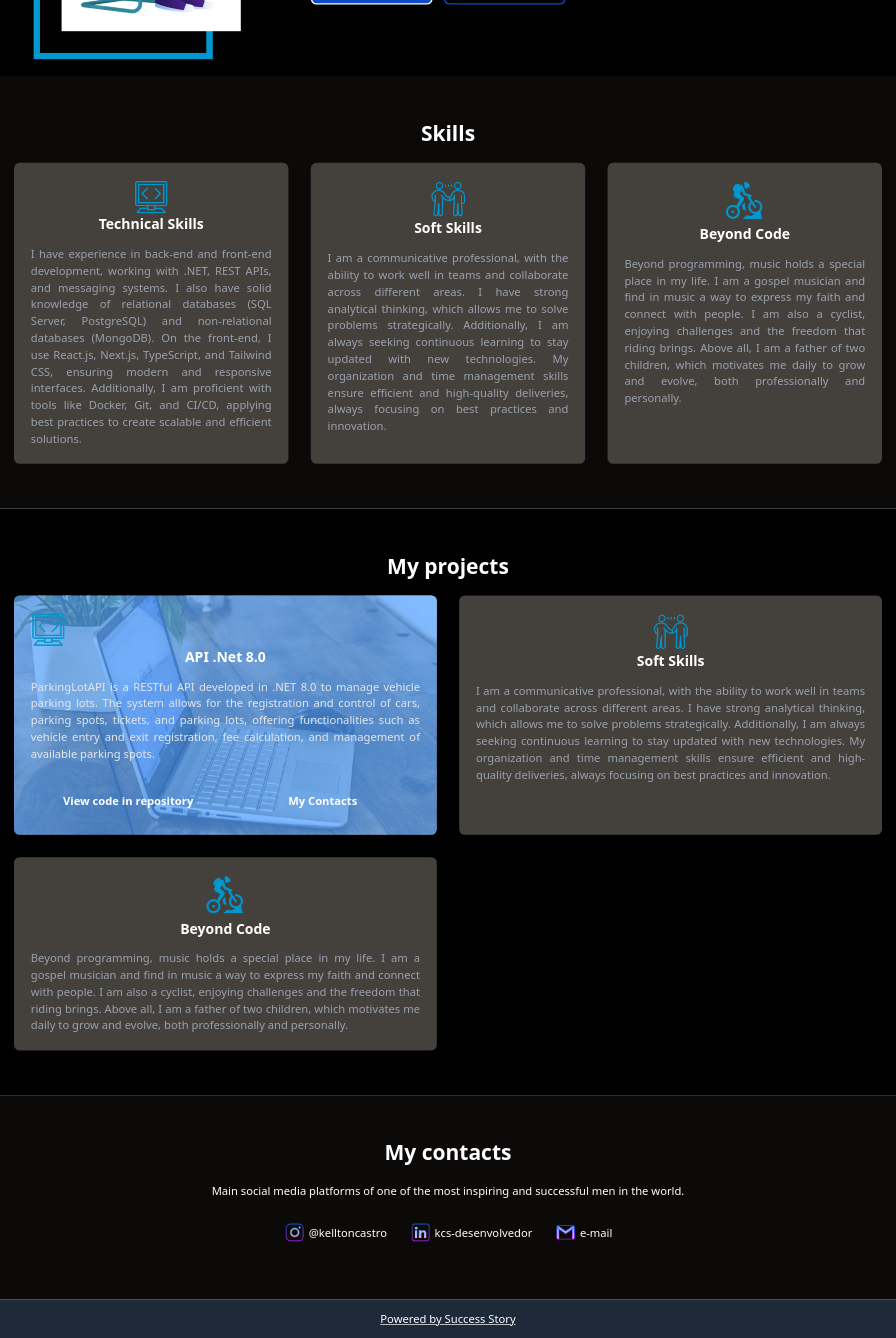
Repository: kcsdesenvolvedor/portfolio
Page: src/index.html
These files come from the project's save history. The page is drawn as it stood at one moment and after the next save; the edit follows.
The browser window is 1280 px wide. The pictures show the part of the page from y = 862 to 2782 px (the page is 2774 px tall before and 2782 px after), at 70% of full size.

Above is the page before, as saved 2025-03-04 17:32:27.
Console error: TypeError: Cannot read properties of null (reading 'textContent')

### src/index.html
<!DOCTYPE html>
<html lang="en">
<head>
    <meta charset="UTF-8">
    <meta name="viewport" content="width=device-width, initial-scale=1.0">
    <link rel="icon" href="./img/favicon.png" type="image/x-icon">
    <link href="./output.css" rel="stylesheet">
    <title>Mansour-Page</title>
    <style>
        .typing-container {
        font-family: 'Courier New', monospace;
        font-size: 24px;
        color: #333;
        white-space: nowrap;
        overflow: hidden;
        border-right: 2px solid black;
        display: inline-block;
        animation: blink-caret 0.7s step-end infinite;
        }

        #typing-text {
            height: 40px;
        }

        @keyframes blink-caret {
        from, to {
            border-color: transparent;
        }
        50% {
            border-color: black;
        }
        }


        @keyframes fadeIn {
            from {
                opacity: 0;
                transform: translateY(20px);
            }
            to {
                opacity: 1;
                transform: translateY(0);
            }
        }

        .fade-in {
            animation: fadeIn 1s ease-in-out;
        }
    </style>
</head>
<body class="bg-gray-100 font-sans">
    <header>
        <nav class="fixed top-0 z-50 w-full px-4 py-4 flex justify-between items-center bg-stone-950">
            <a class="text-3xl font-bold leading-none" href="#">
                <img class="w-16" src="./img/logo.png" alt="">
            </a>
            <div class="lg:hidden">
                <button class="navbar-burger flex items-center text-blue-600 p-3">
                    <svg class="block h-4 w-4 fill-current" viewBox="0 0 20 20" xmlns="http://www.w3.org/2000/svg">
                        <title>Mobile menu</title>
                        <path d="M0 3h20v2H0V3zm0 6h20v2H0V9zm0 6h20v2H0v-2z"></path>
                    </svg>
                </button>
            </div>
            <ul class="hidden absolute top-1/2 left-1/2 transform -translate-y-1/2 -translate-x-1/2 lg:mx-auto lg:flex lg:items-center lg:w-auto lg:space-x-20">
                <li><a class="text-sm text-blue-600/80 dark:text-sky-400/80 hover:text-white" href="#home">Home</a></li>
                <li><a class="text-sm text-blue-600/80 dark:text-sky-400/80 hover:text-white" href="#about">About Me</a></li>
                <li><a class="text-sm text-blue-600/80 dark:text-sky-400/80 hover:text-white" href="#achievements">Achievements</a></li>
                <li><a class="text-sm text-blue-600/80 dark:text-sky-400/80 hover:text-white" href="#contact">My Contacts</a></li>
            </ul>
        </nav>
        <div class="navbar-menu fixed top-0 z-50 w-full hidden">
            <div class="navbar-backdrop fixed inset-0 bg-gray-800 opacity-25"></div>
            <nav class="fixed top-0 left-0 bottom-0 flex flex-col w-5/6 max-w-sm py-6 px-6 bg-white border-r overflow-y-auto">
                <div class="flex items-center mb-8">
                    <a class="mr-auto text-3xl font-bold leading-none" href="#">
                        <img class="w-16" src="./img/logo.png" alt="">
                    </a>
                    <button class="navbar-close">
                        <svg class="h-6 w-6 text-gray-400 cursor-pointer hover:text-gray-500" xmlns="http://www.w3.org/2000/svg" fill="none" viewBox="0 0 24 24" stroke="currentColor">
                            <path stroke-linecap="round" stroke-linejoin="round" stroke-width="2" d="M6 18L18 6M6 6l12 12"></path>
                        </svg>
                    </button>
                </div>
                <div>
                    <ul>
                        <li class="mb-1">
                            <a class="navbar-itemMenu block p-4 text-sm font-semibold text-gray-400 hover:bg-blue-50 hover:text-blue-600 rounded" href="#home">Home</a>
                        </li>
                        <li class="mb-1">
                            <a class="navbar-itemMenu block p-4 text-sm font-semibold text-gray-400 hover:bg-blue-50 hover:text-blue-600 rounded" href="#about">About Me</a>
                        </li>
                        <li class="mb-1">
                            <a class="navbar-itemMenu block p-4 text-sm font-semibold text-gray-400 hover:bg-blue-50 hover:text-blue-600 rounded" href="#achievements">Achievements</a>
                        </li>
                        <li class="mb-1">
                            <a class="navbar-itemMenu block p-4 text-sm font-semibold text-gray-400 hover:bg-blue-50 hover:text-blue-600 rounded" href="#contact">My Contacts</a>
                        </li>
                        <li>
                            <div class="border-t-2">
                                <a class="navbar-itemMenu block p-4 text-sm font-semibold text-gray-400 hover:bg-blue-50 hover:text-blue-600 rounded" href="https://kcode2025.github.io/sucess-history" target="_blank">Success Story</a>
                            </div>
                        </li>
                    </ul>
                </div>
                <div class="mt-auto">

                    <a href="https://kcode2025.github.io/sucess-history" target="_blank">
                        <p class="my-4 text-xs text-center text-gray-400">
                            Powered by Success Story
                        </p>
                    </a>
                </div>
            </nav>
        </div>
    </header>


    <!-- Home Section -->
    <section id="home" class="flex flex-col-reverse lg:flex-row lg:justify-around justify-between bg-stone-950 text-white text-center pt-20 lg:pb-0 pb-5 px-10 fade-in">
        <!-- Div do texto -->
        <div class="self-center w-full flex items-center justify-center">
            <div class="flex flex-col lg:w-2/4"> <!-- Ajuste essa div para ocupar 100% da largura -->
                <p class="text-md text-left">
                    Hello!
                </p>
                <p class="text-3xl text-blue-600/80 dark:text-sky-400/80 text-left font-semibold">
                    I´m Kellton Castro
                </p>
                <p class="text-lg text-gray-400 text-left font-semibold mb-2">
                    Freelance developer & Web Designer
                </p>
                <p class="text-xs text-gray-400 text-left font-semibold mb-8">
                    Welcome to my portfolio! Here you will find some of the projects I have developed throughout my journey as a developer and freelancer.
                </p>
                <a href="#contact" class="bg-blue-600/80 dark:bg-sky-400/80 text-white font-bold w-2/4 py-3 px-6 border-2 rounded-lg shadow-lg hover:bg-black hover:text-blue-600/80 hover:dark:text-sky-400/80 hover:border-blue-600/80 hover:dark:border-sky-400/80 hover:border-2 transition delay-150 duration-300 ease-in-out">
                    My Contacts
                </a>
            </div>
        </div>

        <!-- Div da imagem -->
        <div class="flex justify-center lg:justify-end lg:w-2/4">
            <img class="min-w-2/4 object-contain" src="./img/perfil-portfolio2.png">
        </div>
    </section>

    <!-- Sobre -->
    <section id="about" class="flex flex-col lg:flex-row items-center justify-center space-y-10 lg:space-y-0 lg:space-x-20 py-16 bg-black border-r-gray-900 fade-in">
        <div class="relative flex justify-center">
            <!-- Moldura (posição de fundo) -->
            <img src="./img/moldura.png" class="w-3xs h-3xs absolute -left-5 top-5 lg:-left-10 lg:top-10" alt="moldura do perfil">

            <!-- Imagem de perfil (fica por cima) -->
            <img src="./img/perfil-portfolio1.png" class="w-3xs h-3xs relative z-10" alt="meu perfil">
        </div>
        <div class="px-5 w-full lg:w-3xl text-center lg:text-left">
            <h3 class="text-3xl text-white font-bold mb-2">About me</h3>
            <div class="w-20 h-0.5 bg-blue-600/80 dark:bg-sky-400/80 mb-3 mx-auto lg:mx-0"></div>
            <p class="text-gray-400 text-left w-full mb-8">
                I am a developer with 4 years of experience, working both in the corporate market and as a freelancer. Graduated in Systems Analysis and Development, I have experience in back-end and front-end development, contributing to the creation of efficient and scalable solutions. My approach involves continuous learning, always striving to keep up with new technologies and industry trends. I have a strong commitment to code quality, usability, and performance, ensuring that each delivered project adds value and innovation.
            </p>
            <div class="flex flex-col lg:flex-row w-full lg:w-2/4 gap-4">
                <a href="#contact" class="bg-blue-600/80 dark:bg-sky-400/80 text-center text-white font-bold w-full lg:w-2/4 py-3 px-6 border-2 rounded-lg shadow-lg hover:bg-black hover:text-blue-600/80 hover:dark:text-sky-400/80 hover:border-blue-600/80 hover:dark:border-sky-400/80 hover:border-2 transition delay-150 duration-300 ease-in-out">
                    My Contacts
                </a>
                <a href="#contact" class="bg-black text-center border-blue-600/80 dark:border-sky-400/80 text-blue-600/80 dark:text-sky-400/80 font-bold w-full lg:w-2/4 py-3 px-6 border-2 rounded-lg shadow-lg hover:text-white hover:border-white hover:border-2 transition delay-150 duration-300 ease-in-out">
                    Download CV
                </a>
            </div>
        </div>
    </section>



    <!-- Skills -->
    <section id="achievements" class="py-16 bg-stone-950 fade-in">
        <div class="container mx-auto text-center">
            <h3 class="text-3xl text-white font-bold mb-6">Skills</h3>
            <div class="px-5 grid grid-cols-1 md:grid-cols-3 gap-8">
                <div class="flex flex-col items-center bg-stone-700 p-6 rounded-lg shadow-lg transition delay-150 duration-300 transform hover:scale-105 hover:shadow-xl">
                    <img src="./img/hard-skills.png" alt="image hard skills">
                    <h4 class="text-xl text-white font-bold mb-4">Technical Skills</h4>
                    <p class="text-gray-400 text-justify">I have experience in back-end and front-end development, working with .NET, REST APIs, and messaging systems. I also have solid knowledge of relational databases (SQL Server, PostgreSQL) and non-relational databases (MongoDB). On the front-end, I use React.js, Next.js, TypeScript, and Tailwind CSS, ensuring modern and responsive interfaces. Additionally, I am proficient with tools like Docker, Git, and CI/CD, applying best practices to create scalable and efficient solutions.</p>
                </div>
                <div class="flex flex-col items-center bg-stone-700 p-6 rounded-lg shadow-lg transition delay-150 duration-300 transform hover:scale-105 hover:shadow-xl">
                    <img src="./img/soft-skills.png" class="h-14" alt="image soft skills">
                    <h4 class="text-xl text-white font-bold mb-4">Soft Skills</h4>
                    <p class="text-gray-400 text-justify">I am a communicative professional, with the ability to work well in teams and collaborate across different areas. I have strong analytical thinking, which allows me to solve problems strategically. Additionally, I am always seeking continuous learning to stay updated with new technologies. My organization and time management skills ensure efficient and high-quality deliveries, always focusing on best practices and innovation.</p>
                </div>
                <div class="flex flex-col items-center bg-stone-700 p-6 rounded-lg shadow-lg transition delay-150 duration-300 transform hover:scale-105 hover:shadow-xl">
                    <img src="./img/beyond-code.png" alt="imagem de beyond code">
                    <h4 class="text-xl text-white font-bold mb-4">Beyond Code</h4>
                    <p class="text-gray-400 text-justify">Beyond programming, music holds a special place in my life. I am a gospel musician and find in music a way to express my faith and connect with people. I am also a cyclist, enjoying challenges and the freedom that riding brings. Above all, I am a father of two children, which motivates me daily to grow and evolve, both professionally and personally.</p>
                </div>
            </div>
        </div>
    </section>

    <!-- Projetos -->
    <section id="achievements" class="py-16 bg-black fade-in">
        <div class="container mx-auto text-center">
            <h3 class="text-3xl text-white font-bold mb-6">My projects</h3>
            <div class="px-5 grid grid-cols-1 md:grid-cols-2 gap-8">
                <div class="relative flex flex-col items-center bg-stone-700 p-6 rounded-lg shadow-lg
                bg-[url('./img/homeoffice.jpg')] bg-cover bg-center">
                    <div class="absolute inset-0 bg-blue-400/70 rounded-lg"></div>
                    <div class="relative z-10">
                        <img src="./img/hard-skills.png" alt="image hard skills">
                        <h4 class="text-xl text-white font-bold mb-4">API .Net 8.0</h4>
                        <p class="text-gray-200 text-justify">ParkingLotAPI is a RESTful API developed in .NET 8.0 to manage vehicle parking lots. The system allows for the registration and control of cars, parking spots, tickets, and parking lots, offering functionalities such as vehicle entry and exit registration, fee calculation, and management of available parking spots.</p>
                        <div class="flex justify-around mt-8">
                            <a href="#contact" class=" text-white font-semibold w-full lg:w-2/4 py-3 px-6 hover:text-blue-600/80 hover:dark:text-sky-400/80 transition delay-150 duration-300 ease-in-out">
                                View code in repository
                            </a>
                            <a href="#contact" class=" text-white font-semibold w-full lg:w-2/4 py-3 px-6 hover:text-blue-600/80 hover:dark:text-sky-400/80 transition delay-150 duration-300 ease-in-out">
                                My Contacts
                            </a>
                        </div>
                    </div>
                </div>
                <div class="flex flex-col items-center bg-stone-700 p-6 rounded-lg shadow-lg">
                    <img src="./img/soft-skills.png" class="h-14" alt="image soft skills">
                    <h4 class="text-xl text-white font-bold mb-4">Soft Skills</h4>
                    <p class="text-gray-400 text-justify">I am a communicative professional, with the ability to work well in teams and collaborate across different areas. I have strong analytical thinking, which allows me to solve problems strategically. Additionally, I am always seeking continuous learning to stay updated with new technologies. My organization and time management skills ensure efficient and high-quality deliveries, always focusing on best practices and innovation.</p>
                </div>
                <div class="flex flex-col items-center bg-stone-700 p-6 rounded-lg shadow-lg">
                    <img src="./img/beyond-code.png" alt="imagem de beyond code">
                    <h4 class="text-xl text-white font-bold mb-4">Beyond Code</h4>
                    <p class="text-gray-400 text-justify">Beyond programming, music holds a special place in my life. I am a gospel musician and find in music a way to express my faith and connect with people. I am also a cyclist, enjoying challenges and the freedom that riding brings. Above all, I am a father of two children, which motivates me daily to grow and evolve, both professionally and personally.</p>
                </div>
            </div>
        </div>
    </section>

    <!-- Contato -->
    <section id="contact" class="py-16 bg-stone-950 text-white text-center fade-in">
        <div class="container mx-auto px-2">
            <h3 class="text-3xl font-bold mb-6">My contacts</h3>
            <p class="mb-8">Main social media platforms of one of the most inspiring and successful men in the world.</p>
            <form class="max-w-lg mx-auto">
                <div class="flex flex-col justify-center lg:flex-row mb-4 gap-8">
                    <a href="https://www.cityfootballgroup.com/" target="_blank">
                        <div class="flex gap-1 items-center">
                            <img class="h-8 w-8" src="./img/instagram.png" alt="imagem do instagram">
                            <p class="text-1xl">@kelltoncastro</p>
                        </div>
                    </a>
                    <a href="https://x.com/HHmansour" target="_blank">
                        <div class="flex gap-1 items-center">
                            <img class="h-8 w-8" src="./img/linkedin.png" alt="imagem do linkedin">
                            <p class="text-1xl">kcs-desenvolvedor</p>
                        </div>
                    </a>
                    <a href="https://x.com/HHmansour" target="_blank">
                        <div class="flex gap-1 items-center">
                            <img class="h-8 w-8" src="./img/gmail.png" alt="imagem do gmail">
                            <p class="text-1xl">e-mail</p>
                        </div>
                    </a>
                </div>
            </form>
        </div>
    </section>

    <!-- Footer -->
    <footer class="bg-gray-800 text-white text-center py-4">
        <a class="cursor-pointer" href="https://kcode2025.github.io/sucess-history" target="_blank"><p class="underline">Powered by Success Story</p></a>
    </footer>

    <!-- Script -->
    <script>
        // Burger menus
        document.addEventListener('DOMContentLoaded', function() {
            // open
            const burger = document.querySelectorAll('.navbar-burger');
            const menu = document.querySelectorAll('.navbar-menu');

            if (burger.length && menu.length) {
                for (var i = 0; i < burger.length; i++) {
                    burger[i].addEventListener('click', function() {
                        for (var j = 0; j < menu.length; j++) {
                            menu[j].classList.toggle('hidden');
                        }
                    });
                }
            }

            // close
            const close = document.querySelectorAll('.navbar-close');
            const backdrop = document.querySelectorAll('.navbar-backdrop');
            const itemMenu = document.querySelectorAll('.navbar-itemMenu');

            if (close.length) {
                for (var i = 0; i < close.length; i++) {
                    close[i].addEventListener('click', function() {
                        for (var j = 0; j < menu.length; j++) {
                            menu[j].classList.toggle('hidden');
                        }
                    });
                }
            }

            if (backdrop.length) {
                for (var i = 0; i < backdrop.length; i++) {
                    backdrop[i].addEventListener('click', function() {
                        for (var j = 0; j < menu.length; j++) {
                            menu[j].classList.toggle('hidden');
                        }
                    });
                }
            }

            if (itemMenu.length) {
                for (var i = 0; i < itemMenu.length; i++) {
                    itemMenu[i].addEventListener('click', function() {
                        for (var j = 0; j < menu.length; j++) {
                            menu[j].classList.toggle('hidden');
                        }
                    });
                }
            }
        });

        // animação de digitação

        const texts = [
        "Visionary Leader",
        "Sports Enthusiast",
        "City Football Group Owner",
        "Innovative Investor",
        "Philanthropist",
        "Economic Pioneer",
        "Influential Figure",
        "Strategic Thinker",
        "Cultural Advocate",
        "Inspiring Icon"
        ];

        let currentTextIndex = 0;
        let charIndex = 0;
        const typingSpeed = 100; // Velocidade de digitação (ms por caractere)
        const erasingSpeed = 50; // Velocidade de apagar
        const delayBetweenTexts = 2000; // Tempo antes de trocar para o próximo texto

        const typingElement = document.getElementById("typing-text");

        function typeText() {
        if (charIndex < texts[currentTextIndex].length) {
            typingElement.textContent += texts[currentTextIndex].charAt(charIndex);
            charIndex++;
            setTimeout(typeText, typingSpeed);
        } else {
            setTimeout(eraseText, delayBetweenTexts);
        }
        }

        function eraseText() {
        if (charIndex > 0) {
            typingElement.textContent = texts[currentTextIndex].substring(0, charIndex - 1);
            charIndex--;
            setTimeout(eraseText, erasingSpeed);
        } else {
            currentTextIndex = (currentTextIndex + 1) % texts.length;
            setTimeout(typeText, typingSpeed);
        }
        }

        // Começar a animação
        document.addEventListener("DOMContentLoaded", () => {
        setTimeout(typeText, delayBetweenTexts);
        });

        </script>
</body>
</html>

Loaded but not shown: src/output.css (3548 lines, source omitted)

After the next save:
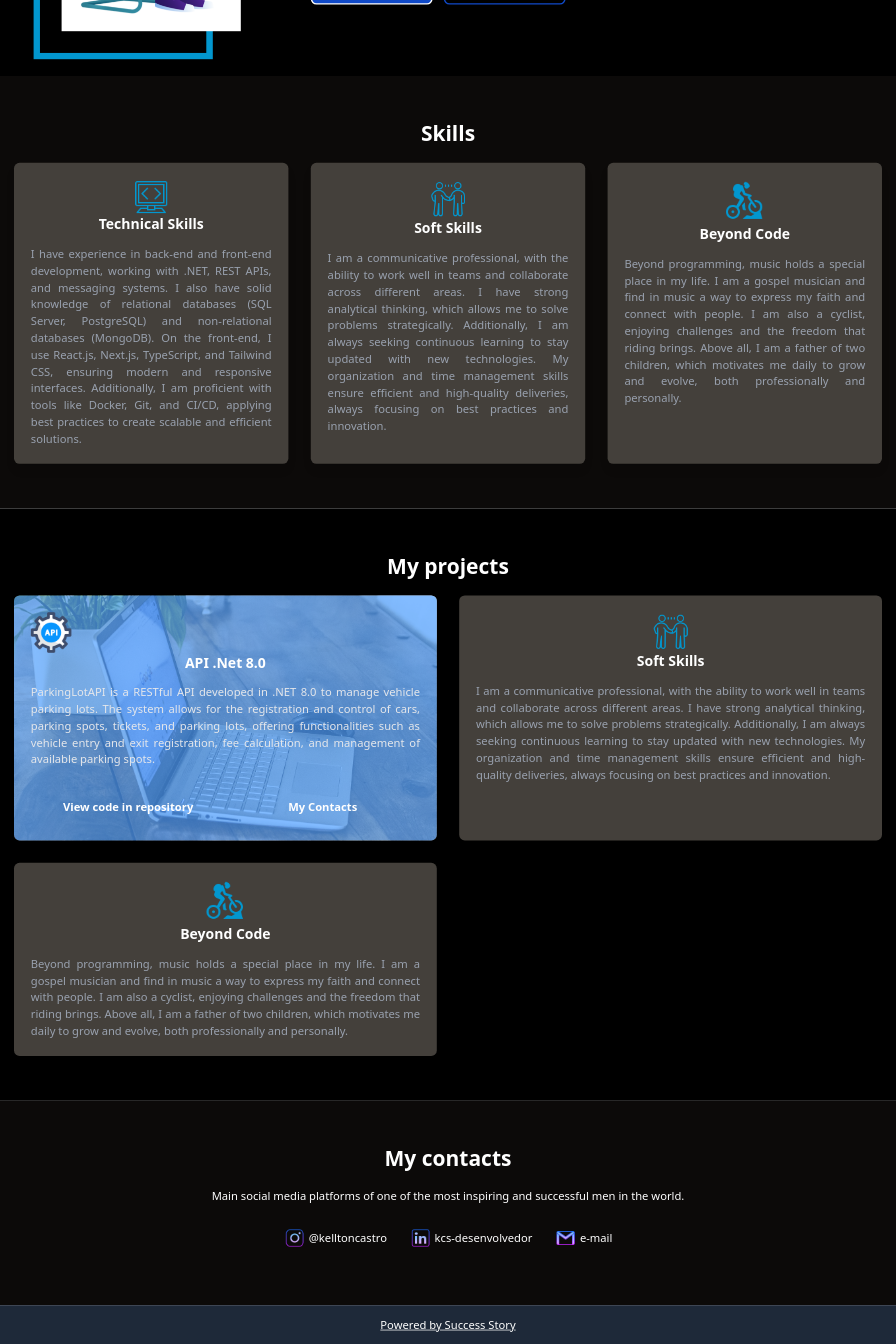
Saved 5 min 51 s later.
--- a/src/index.html
+++ b/src/index.html
@@ -206,7 +206,7 @@
                 bg-[url('./img/homeoffice.jpg')] bg-cover bg-center">
                     <div class="absolute inset-0 bg-blue-400/70 rounded-lg"></div>
                     <div class="relative z-10">
-                        <img src="./img/hard-skills.png" alt="image hard skills">
+                        <img src="./img/api.png" alt="image api">
                         <h4 class="text-xl text-white font-bold mb-4">API .Net 8.0</h4>
                         <p class="text-gray-200 text-justify">ParkingLotAPI is a RESTful API developed in .NET 8.0 to manage vehicle parking lots. The system allows for the registration and control of cars, parking spots, tickets, and parking lots, offering functionalities such as vehicle entry and exit registration, fee calculation, and management of available parking spots.</p>
                         <div class="flex justify-around mt-8">
